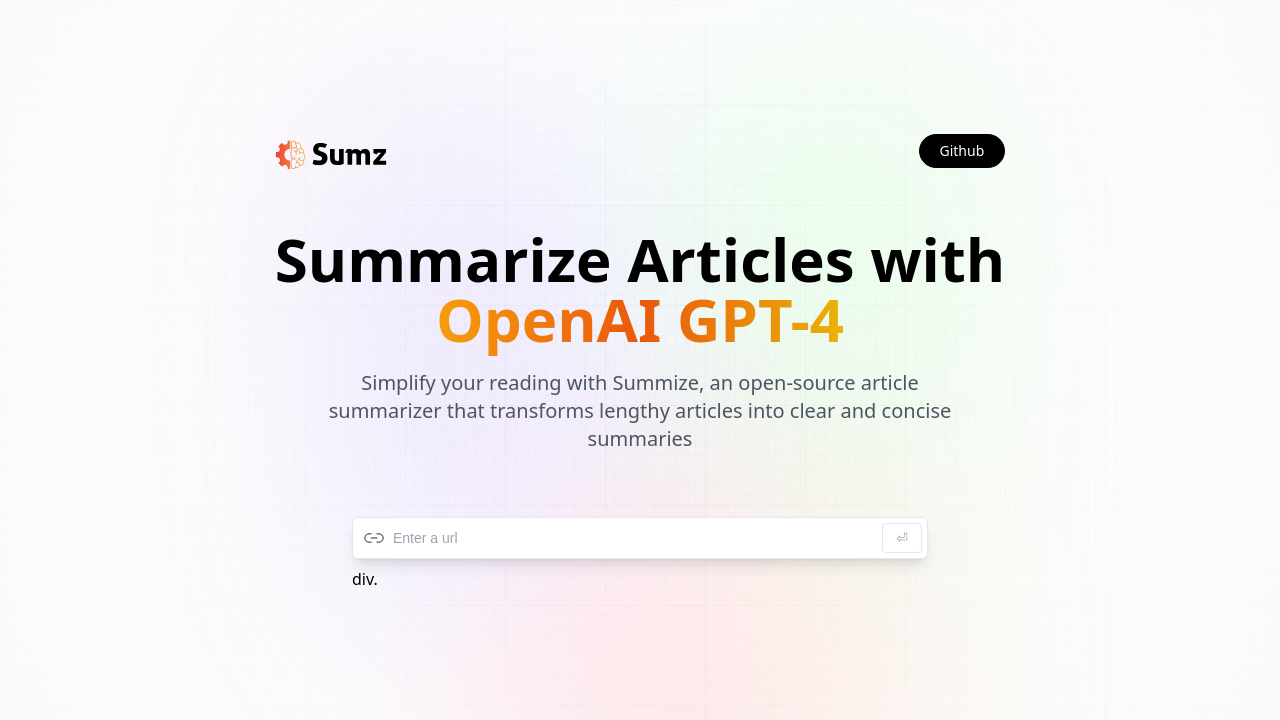
Repository: specialobyno/chatgpt-4
Page: /
The author's editor kept a copy of each file at every save. The page is drawn from the files as they stood at one save, then again after a run of saves.
The browser window is 1280 px wide. The pictures show the whole page.
The page's requests for data from a server got no answer. Some web fonts or font styles are not loaded; a fallback is used. The project was rebuilt for these pictures with package versions that can differ from the ones it lists, and the page was loaded fresh each time. No one was signed in, and anything a server would have sent is missing. Also part of the build but not shown: vite.config.ts.

Above is the page before, as saved 2023-04-24 01:32:19.

### index.html
<!DOCTYPE html>
<html lang="en">
  <head>
    <meta charset="UTF-8" />
    <link rel="icon" type="image/svg+xml" href="/favicon.ico" />
    <meta name="viewport" content="width=device-width, initial-scale=1.0" />
    <link
      href="https://api.fontshare.com/v2/css?f[]=satoshi@1,900,700,500,300,400&display=swap"
      rel="stylesheet"
    />
    <link rel="preconnect" href="https://fonts.googleapis.com" />
    <link rel="preconnect" href="https://fonts.gstatic.com" crossorigin />
    <link
      href="https://fonts.googleapis.com/css2?family=Inter:wght@100;200;300;400;500;600;700;800;900&display=swap"
      rel="stylesheet"
    />
    <title>OpenAI Article Summarizer</title>
  </head>
  <body>
    <div id="root"></div>
    <script type="module" src="/src/main.tsx"></script>
  </body>
</html>

### src/main.tsx
import React from 'react'
import ReactDOM from 'react-dom/client'
import { Provider } from "react-redux"
import App from './App.tsx'
import store from './services/store.ts'



ReactDOM.createRoot(document.getElementById('root') as HTMLElement).render(
  <React.StrictMode>
    <Provider store={store} >
       <App />
    </Provider>

  </React.StrictMode>,
)

### src/App.tsx


import Demo from './components/Demo'
import Hero from './components/Hero'

import './App.css'
const App = () => {

  return (
    <main>
        <div className='main'>
            <div className="gradient" />
            <div className="app">
                <Hero />
                <Demo />
            </div>
        </div>
    </main>
  )
}

export default App

### src/services/store.ts
import { configureStore } from "@reduxjs/toolkit";
import { articleApi } from "./article";

const store = configureStore({
    reducer: {
        [articleApi.reducerPath] : articleApi.reducer
    },
    middleware: (getDefaultMiddleware) => getDefaultMiddleware().concat(articleApi.middleware)
})
export type RootState = ReturnType<typeof store.getState>
export default store

### src/components/Demo.tsx
import { FormEvent, useEffect, useState } from "react"
import copy from "../assets/copy.svg"
import linkIcon from "../assets/link.svg"
import loader from "../assets/loader.svg"
import tick from "../assets/tick.svg"
import { useLazyGetSummaryQuery } from "../services/article"
import { SerializedError } from "@reduxjs/toolkit"
import { FetchBaseQueryError } from "@reduxjs/toolkit/dist/query"
interface GetSummaryResponse {
  error: FetchBaseQueryError | SerializedError | undefined,
  isFetching: boolean
}
const Demo = () => {
  const [article, setArticle] = useState<{
    url: string
    summary: string
  }>({
    url: "",
    summary: "",
  })
  const [getSummary, {error, isFetching}] = useLazyGetSummaryQuery()
  const [allArticles, setAllArticles] = useState<{ summary: any; url: string; }[]>([])
  useEffect(()=> {
    const unParsedArticlesFromLocalStorage = localStorage.getItem('articles')
    const articlesFromLocalStorage = unParsedArticlesFromLocalStorage ? JSON.parse(unParsedArticlesFromLocalStorage) : []
    setAllArticles(articlesFromLocalStorage)
  }, [])
  const handleSubmit = async (e: FormEvent<HTMLFormElement>) => {
    e.preventDefault()
    const { data } = await getSummary({articleUrl: article.url})
    if(data?.summary){
      const newArticle = {...article, summary: data.summary}
      const updatedAllArticles = [newArticle, ...allArticles]
      setArticle(newArticle)
      setAllArticles(updatedAllArticles)
      localStorage.setItem('articles', JSON.stringify(updatedAllArticles))
    }
  }
  return (
    <section className="mt-16 w-full max-w-xl">
      <div className="flex flex-col w-full gap-2">
        <form onSubmit={handleSubmit} className="relative flex justify-center items-center">
          <img src={linkIcon} alt="link" className="absolute left-0 my-2 ml-3 w-5" />
          <input
            type="url"
            placeholder="Enter a url"
            value={article.url}
            onChange={(e) => setArticle({ ...article, url: e.target.value })}
            required
            className="url_input peer text-green-900"
          />
          <button type="submit" className="submit_btn peer-focus:border-gray-700 peer-focus:text-gray-700">
            ⏎
          </button>
        </form>
        div.
      </div>
      {/* Display result */}
    </section>
  )
}

export default Demo

### src/components/Hero.tsx
import logo from "../assets/logo.svg"

const Hero = () => {
  return (
    <header className="w-full flex justify-center items-center flex-col">
      <nav className="flex justify-between items-center w-full mb-10 pt-3">
        <img src={logo} alt="Logo" className="w-28 object-contain" />
        <button
        type="button"
        onClick={() => window.open("https://github.com/specialobyno")}
        className="black_btn"
        >
            Github
        </button>
      </nav>
      <h1 className="head_text">
        Summarize Articles with <br className="max-md:hidden" />
        <span className="orange_gradient">OpenAI GPT-4</span>
      </h1>
      <h2 className="desc">
        Simplify your reading with Summize, an open-source article summarizer that transforms lengthy articles into clear and concise summaries
      </h2>
    </header>
  )
}

export default Hero

### src/App.css
@tailwind base;
@tailwind components;
@tailwind utilities;

/*
  Note: The styles for this gradient grid background is heavily inspired by the creator of this amazing site (https://dub.sh) – all credits go to them!
*/

.main {
  width: 100vw;
  min-height: 100vh;
  position: fixed;
  display: flex;
  justify-content: center;
  padding: 120px 24px 160px 24px;
  /* pointer-events: none; */
}

.main:before {
  background: radial-gradient(circle, rgba(2, 0, 36, 0) 0, #fafafa 100%);
  position: absolute;
  content: "";
  z-index: 2;
  width: 100%;
  height: 100%;
  top: 0;
}

.main:after {
  content: "";
  background-image: url("/src/assets/grid.svg");
  z-index: 1;
  position: absolute;
  width: 100%;
  height: 100%;
  top: 0;
  opacity: 0.4;
  filter: invert(1);
}

.gradient {
  height: fit-content;
  z-index: 3;
  width: 100%;
  max-width: 640px;
  background-image: radial-gradient(
      at 27% 37%,
      hsla(215, 98%, 61%, 1) 0px,
      transparent 0%
    ),
    radial-gradient(at 97% 21%, hsla(125, 98%, 72%, 1) 0px, transparent 50%),
    radial-gradient(at 52% 99%, hsla(354, 98%, 61%, 1) 0px, transparent 50%),
    radial-gradient(at 10% 29%, hsla(256, 96%, 67%, 1) 0px, transparent 50%),
    radial-gradient(at 97% 96%, hsla(38, 60%, 74%, 1) 0px, transparent 50%),
    radial-gradient(at 33% 50%, hsla(222, 67%, 73%, 1) 0px, transparent 50%),
    radial-gradient(at 79% 53%, hsla(343, 68%, 79%, 1) 0px, transparent 50%);
  position: absolute;
  content: "";
  width: 100%;
  height: 100%;
  filter: blur(100px) saturate(150%);
  top: 80px;
  opacity: 0.15;
}

@media screen and (max-width: 640px) {
  .main {
    padding: 0;
  }
}

/* Tailwind Styles */

.app {
  @apply relative z-10 flex justify-center items-center flex-col max-w-7xl mx-auto sm:px-16 px-6;
}

.black_btn {
  @apply rounded-full border border-black bg-black py-1.5 px-5 text-sm text-white transition-all hover:bg-white hover:text-black;
}

.head_text {
  @apply mt-5 text-5xl font-extrabold leading-[1.15] text-black sm:text-6xl text-center;
}

.orange_gradient {
  @apply bg-gradient-to-r from-amber-500 via-orange-600 to-yellow-500 bg-clip-text text-transparent;
}

.desc {
  @apply mt-5 text-lg text-gray-600 sm:text-xl text-center max-w-2xl;
}

.url_input {
  @apply block w-full rounded-md border border-gray-200 bg-white py-2.5 pl-10 pr-12 text-sm shadow-lg font-satoshi font-medium focus:border-black focus:outline-none focus:ring-0;
}

.submit_btn {
  @apply hover:border-gray-700 hover:text-gray-700 absolute inset-y-0 right-0 my-1.5 mr-1.5 flex w-10 items-center justify-center rounded border border-gray-200 font-sans text-sm font-medium text-gray-400;
}

.link_card {
  @apply p-3 flex justify-start items-center flex-row bg-white border border-gray-200 gap-3 rounded-lg cursor-pointer;
}

.copy_btn {
  @apply w-7 h-7 rounded-full bg-white/10 shadow-[inset_10px_-50px_94px_0_rgb(199,199,199,0.2)] backdrop-blur flex justify-center items-center cursor-pointer;
}

.blue_gradient {
  @apply font-black bg-gradient-to-r from-blue-600 to-cyan-600 bg-clip-text text-transparent;
}

.summary_box {
  @apply rounded-xl border border-gray-200 bg-white/20 shadow-[inset_10px_-50px_94px_0_rgb(199,199,199,0.2)] backdrop-blur p-4;
}

### src/services/article.ts
import { createApi, fetchBaseQuery } from "@reduxjs/toolkit/query/react"

const rapidApiKey = import.meta.env.VITE_RAPID_API_ARTICLE_KEY

export const articleApi = createApi({
    reducerPath: "articleApi",
    baseQuery: fetchBaseQuery({
        baseUrl: 'https://article-extractor-and-summarizer.p.rapidapi.com/',
        prepareHeaders: (headers) => {
            headers.set('content-type', 'application/octet-stream')
            headers.set('X-RapidAPI-Key', rapidApiKey)
            headers.set('X-RapidAPI-Host', 'article-extractor-and-summarizer.p.rapidapi.com')
            return headers
        }
    }),
    endpoints: (builder) => ({
        getSummary: builder.query({
            query: (params) => `/summarize?url=${encodeURIComponent(params.url)}&length=3&html=true`
        })
    })

})

export const {useLazyGetSummaryQuery} = articleApi

Loaded but not shown: tailwind.config.js (common file)

After the next 4 saves:
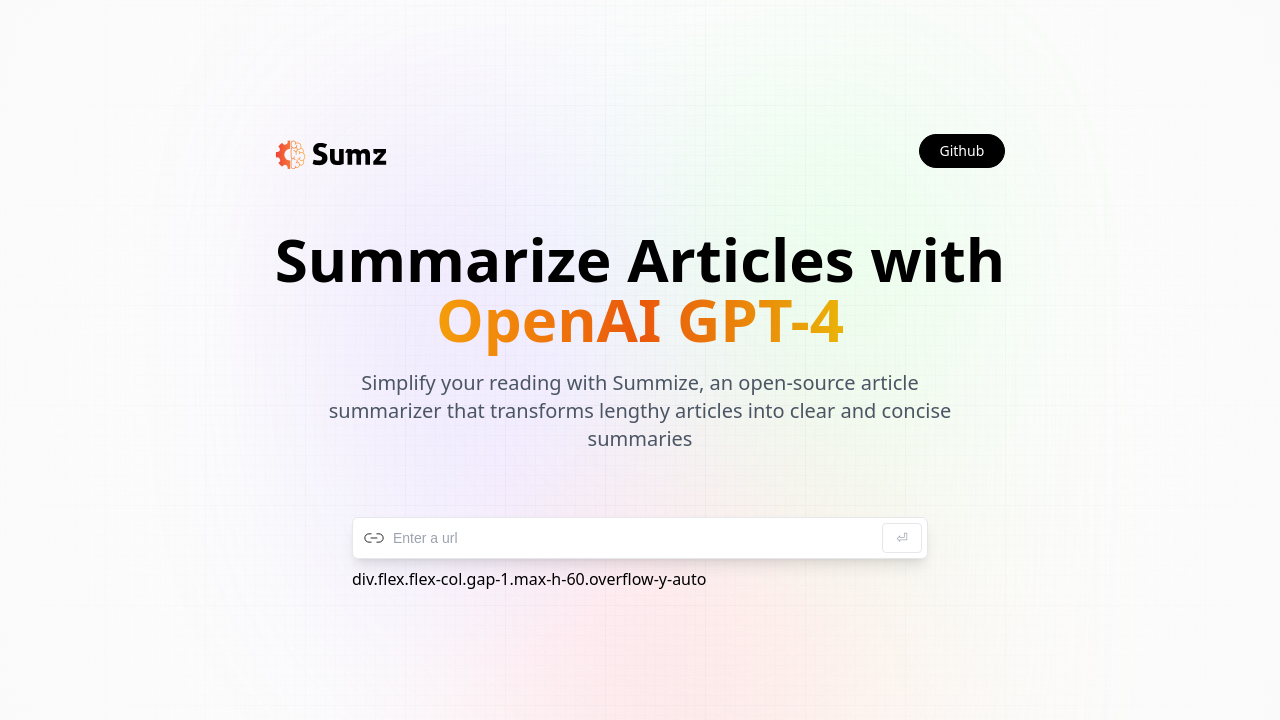
The 4 saves are shown as one change because they came seconds apart.
The last was saved 22 s later.
--- a/src/components/Demo.tsx
+++ b/src/components/Demo.tsx
@@ -53,7 +53,7 @@
             ⏎
           </button>
         </form>
-        div.
+        div.flex.flex-col.gap-1.max-h-60.overflow-y-auto
       </div>
       {/* Display result */}
     </section>
